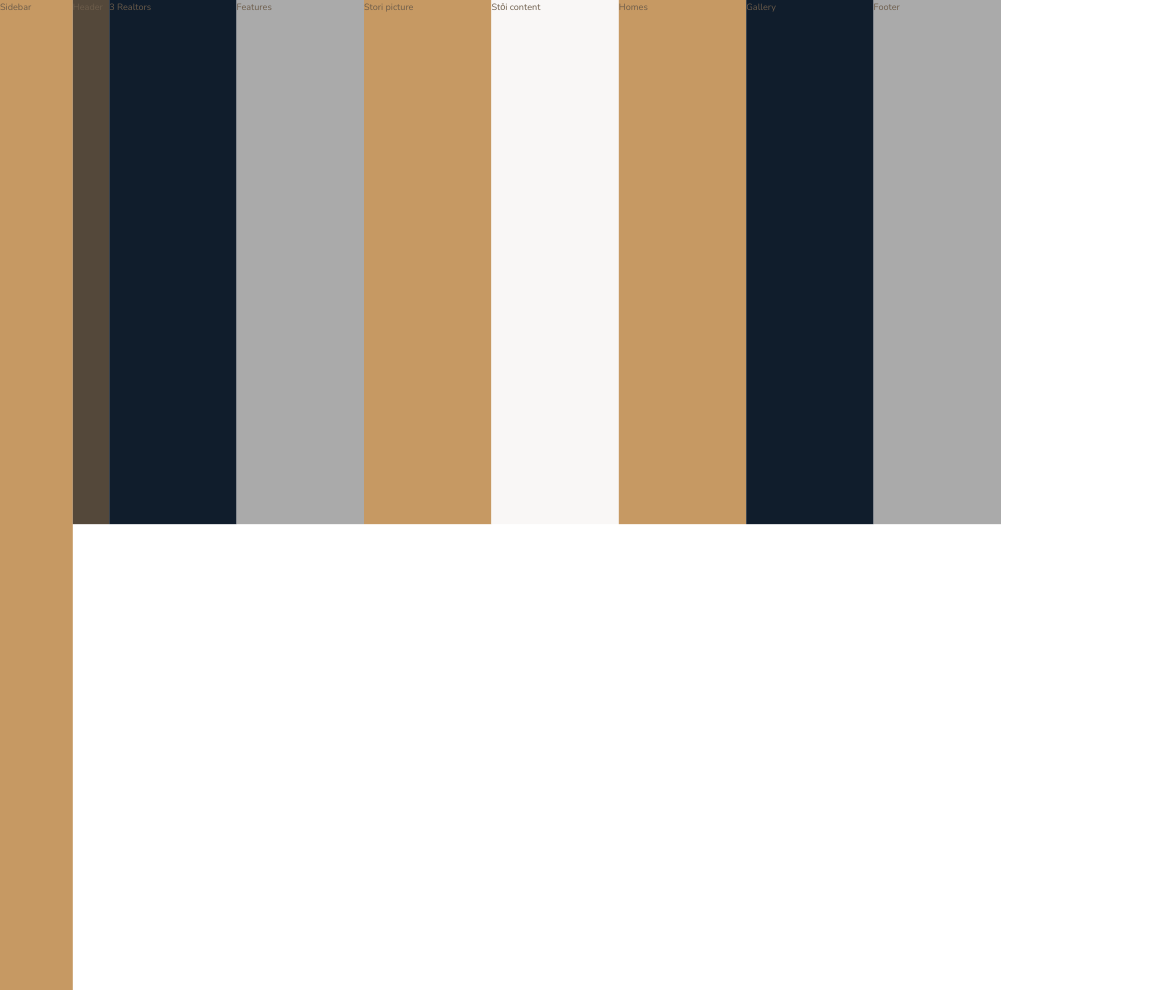
Repository: m2pd/your-home
Page: index.html
An editor plug-in stored every save of this project. The page is shown before and after the next save, followed by the edit.
The browser window is 1280 px wide. The pictures show the whole page, at 91% of full size.
The style sheet was rebuilt from its Sass, Less or Tailwind sources for each picture, by a compiler version that may differ from the author's.

Above is the page before, as saved 2020-02-27 08:00:15.

After the next save:
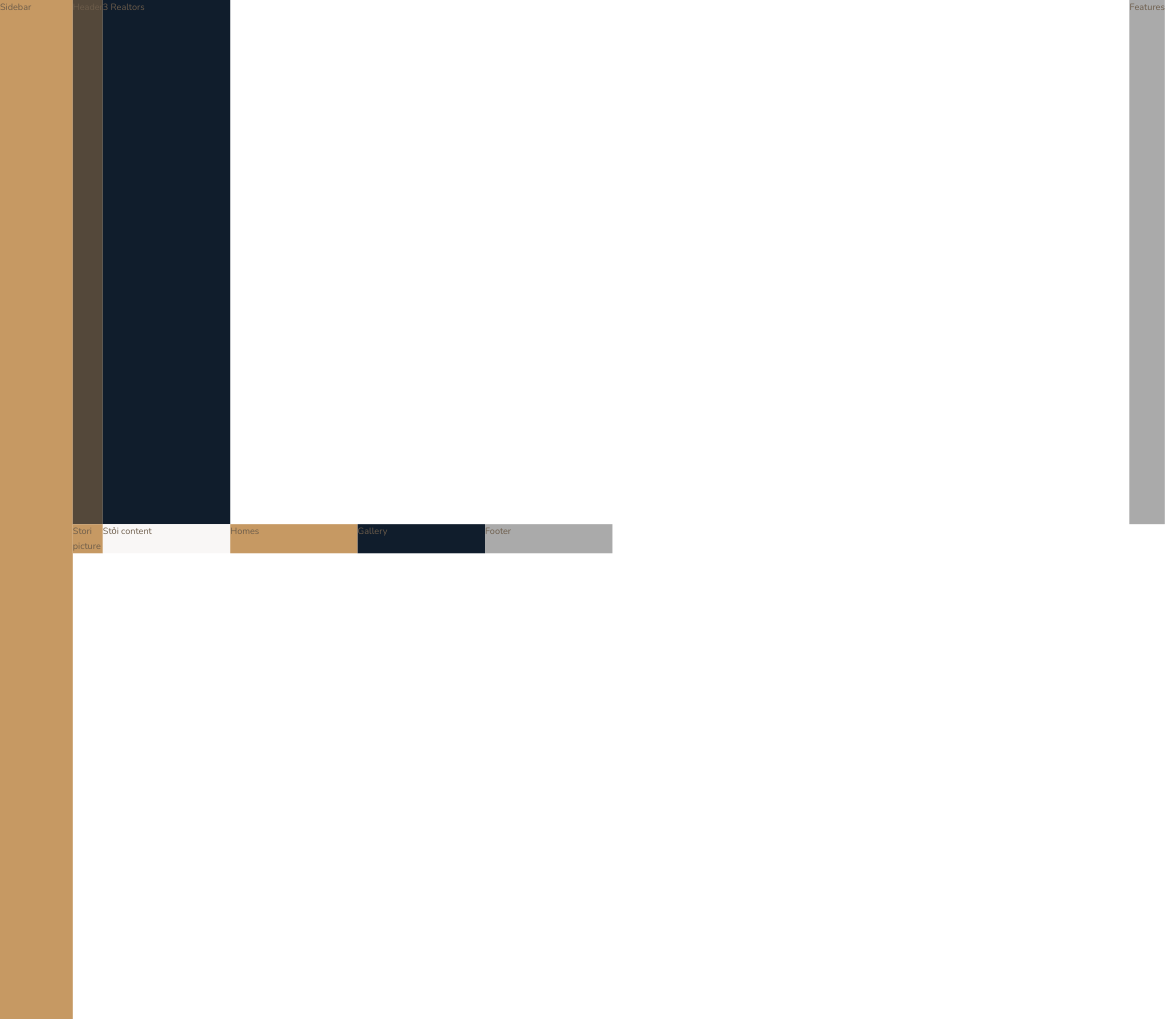
Saved 41 s later.
--- a/sass/_features.scss
+++ b/sass/_features.scss
@@ -1,3 +1,4 @@
 .features{
     background-color: $color-grey-light-2;
+    grid-column: content-start /  content-end;
 }
